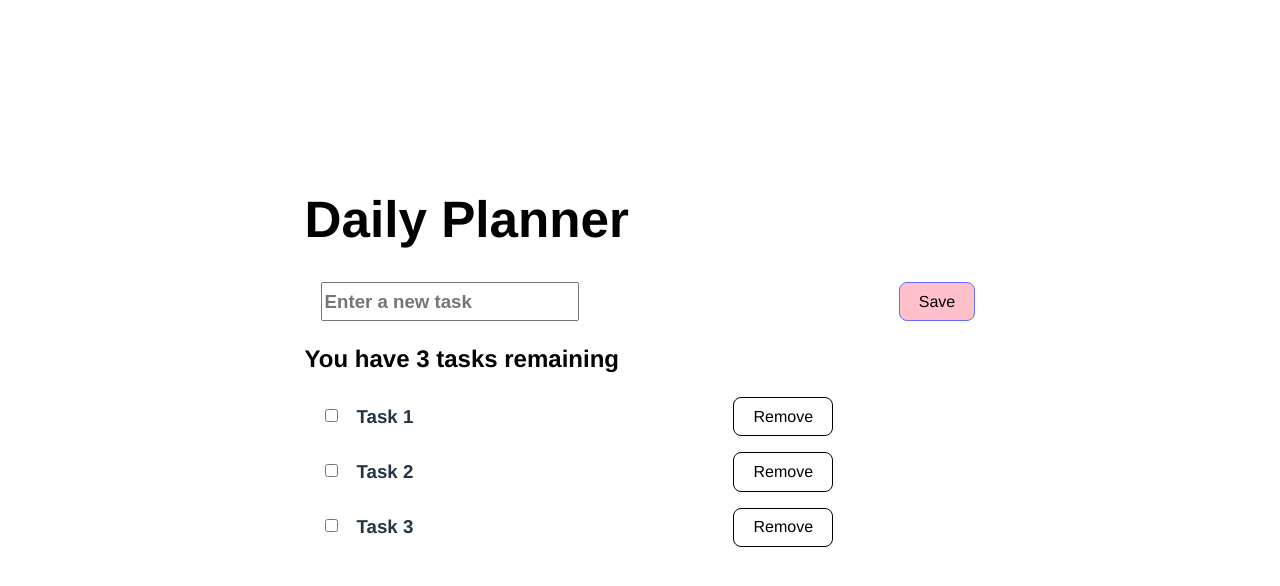
Repository: MonicaNguyenH/Frontend_Assignment6
Page: / (app in react/)
The author's editor kept a copy of each file at every save. The page is drawn from the files as they stood at one save, then again after the next save.
The browser window is 1280 px wide. The pictures show the whole page.
The pointer rests on the first visible `.btn-save`.
The project was rebuilt for these pictures with package versions that can differ from the ones it lists, and the page was loaded fresh each time. Also part of the build but not shown: react/vite.config.js.

Above is the page before, as saved 2024-10-11 00:58:25.

### react/src/App.jsx
// import { useState } from 'react'
import { useState } from 'react';
import './App.css'
import Task from './components/Task'
import TaskForm from './components/TaskForm';

function App() {
  const [task, setTask] = useState([
    { id: 1, name: "Task 1", completed: false },
    { id: 2, name: "Task 2", completed: false },
    { id: 3, name: "Task 3", completed: false }
  ]);

  const addTask = (newTask) => {
    setTask([...task, {...newTask, completed: false}]); // add task incompleted by default
  };

  const toggleComplete = (taskId) => {
    const updatedTasks = task.map(task =>
      task.id === taskId ? { ...task, completed: !task.completed } : task // toggle task completed status
    );
    setTask(updatedTasks); // update the state with the new task list
  };

  const removeTask = (taskId) => {
    const updatedTasks = task.filter(task => task.id !== taskId);
    setTask(updatedTasks); // update the state without the removed task
  };

  // count remaining task
  const remainingTask = task.filter(task => !task.completed).length;

  return (
    <>
      <div className="main">
        <h1 className="header">Daily Planner</h1>
        <div>
          <TaskForm addTask={addTask} /> {/* Pass addTask to TaskForm */}
          <h2 className="counting">You have {remainingTask} task{remainingTask !== 1 ? 's' : ''} remaining</h2> {/* count remaining (more than 1 have 's') */}
          {task.map((task) => (
            <Task
              key={task.id}
              name={task.name}
              completed={task.completed}
              toggleComplete={toggleComplete}
              removeTask={() => removeTask(task.id)}
            />
          ))}
        </div>
      </div>
    </>
  )
}

export default App

### react/src/App.css
#root {
  max-width: 1280px;
  margin: 0 auto;
  padding: 2rem;
  text-align: center;

  font-family: Helvetica, sans-serif;
}

.main {

}

.header {
  color: black;
  text-align: left;
}

.counting {
  color: black;
  text-align: left;
}

/* TaskForm  */
.formContainer {
  width: 100%;
  display: flex;
  flex-direction: row;
  justify-content: center;
}

.btn-save {
  background-color: pink;
  border-radius: 15;
  border: 1px solid hotpink;
}


.task {
  display: flex;
  flex-direction: row;
  align-items: center;
  margin: 1em;

  width: 100%;
  min-width: 10rem;
}

#checkbox {
  margin-right: 1rem;
  width: 2em;
  height: 2rem;
  accent-color: pink;
}

#task-name {
  margin: 0 20rem 0 1rem;
  font-weight: bold;
  font-size: 14pt;
}

.task-delete {
  border: 1px solid black;
  background-color: white;
  border-radius: 15;
  cursor: pointer;
}

.task-delete:hover {
  border: 1px solid pink;
}

### react/src/components/Task.jsx
import { useState, useEffect, useRef } from "react";

export default function Task({name, toggleComplete, id, completed, removeTask}){

    // check box section
    // Ref for the checkbox and task name elements
    const checkboxRef = useRef(null);
    const taskNameRef = useRef(null);

    useEffect(() => {
        const checkbox = checkboxRef.current;
        const crossText = taskNameRef.current;

        if (checkbox&&crossText) {
            const handleCheckBoxChange = () => {
                toggleComplete(id); // call toggleComplete function passed from the parent to update task completion status
                if(checkbox.checked) {
                    crossText.style.textDecoration = "line-through";
                } else {
                    crossText.style.textDecoration = "none";
                }
            };

            checkbox.addEventListener("change", handleCheckBoxChange);

            // cleanup listener
            return () => {
                checkbox.removeEventListener("change", handleCheckBoxChange);
            };

        }
    }, [toggleComplete, id]);

    // remove button section
    const [visible, setVisible] = useState(true);

    // const removeTask = () => {
    //     setVisible(false);
    // };

    if (!visible) {
        return null;
    }

    return (
        <>
            <div className="task">
                <label htmlFor="checkbox">
                    <input
                        type="checkbox"
                        id={`checkbox-${id}`}
                        ref={checkboxRef}
                        checked={completed} // current taks status based on completion
                        onChange={() => toggleComplete(id)}
                    />
                </label>
                <p id="task-name" ref={taskNameRef}>{name}</p>
                <button
                    className="task-delete"
                    onClick={removeTask}>
                        Remove
                </button>
            </div>

        </>
    );
}

### react/src/components/TaskForm.jsx
import { useState } from "react";
import { nanoid } from 'nanoid';

// const taskTemplate = {
//     name: 'new task'
// };

export default function TaskForm({addTask}) {
    const [taskName, setTaskName] = useState(''); // state for the task input
    const [editing, setEditing] = useState(false); // editing task

    // form submission
    const handleSubmit = (e) => {
        e.preventDefault(); // the form submission will be handled by JavaScript instead of triggering a page refresh
        if (taskName.trim()) { // checks if the taskName (the text the user entered) is not an empty string after trimming whitespace
            addTask({
                id: nanoid(),
                name: taskName
            });
            setTaskName(''); // clear the input field
            //setEditing(false); // close the form after saving
        }
    }

    return (
        <>
            <form onSubmit={handleSubmit}>
                <div className="formContainer">
                    <input
                        id="task-name"
                        name="task-name"
                        type="text"
                        value={taskName}
                        onChange={(e) => setTaskName(e.target.value)}
                        placeholder="Enter a new task"
                    />
                    <div className="btn-group">
                        <button type="submit" className="btn-save">Save</button>
                    </div>
                </div>
            </form>
        </>
    )
}

Loaded but not shown: react/index.html (common file); react/src/main.jsx (common file); react/src/index.css (common file)

After the next save:
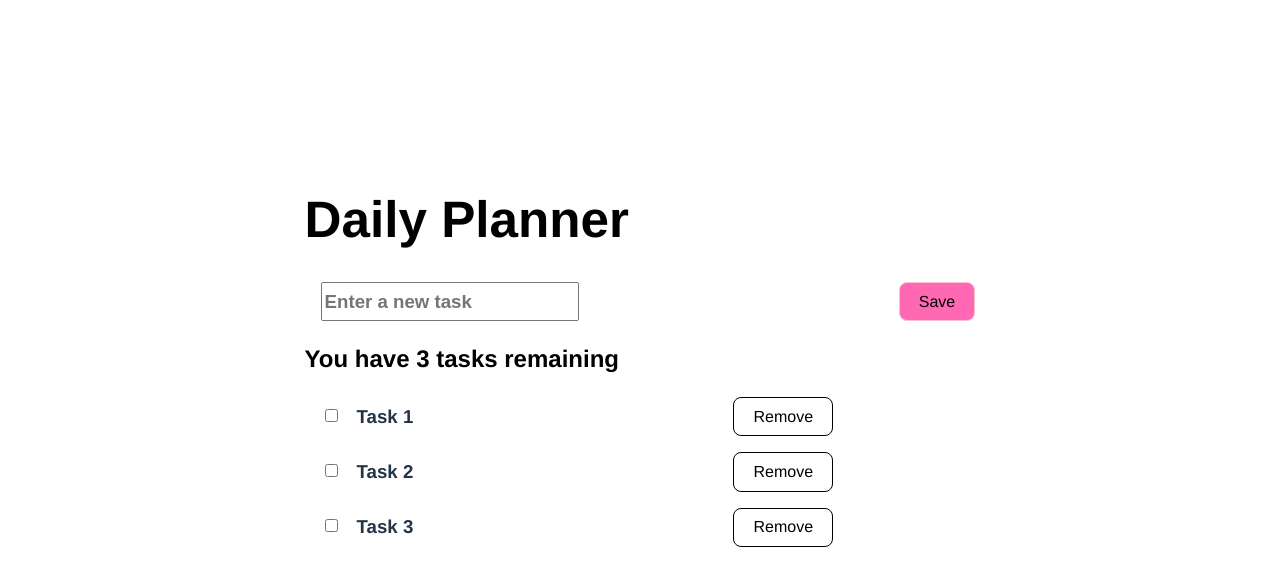
Saved 34 s later.
--- a/react/src/App.css
+++ b/react/src/App.css
@@ -35,6 +35,11 @@
   border: 1px solid hotpink;
 }
 
+.btn-save:hover {
+  background-color: hotpink;
+  border: 1px solid pink;
+}
+
 
 .task {
   display: flex;
